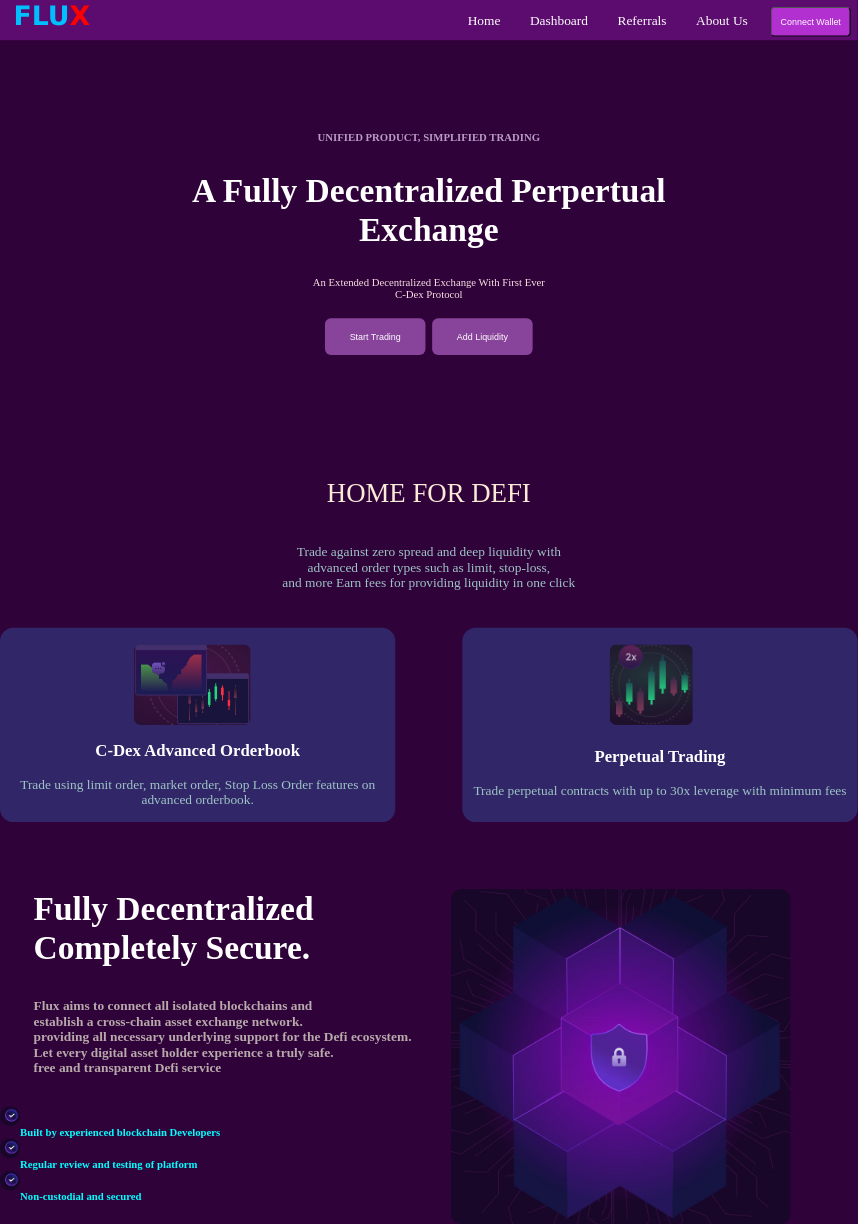
Repository: Tobby004/Flux-figma
Page: index.html
The author's editor kept a copy of each file at every save. The page is drawn from the files as they stood at one save, then again after the next save.
The browser window is 1280 px wide. The pictures show the whole page, at 67% of full size.

Above is the page before, as saved 2023-04-22 08:10:16.

After the next save:
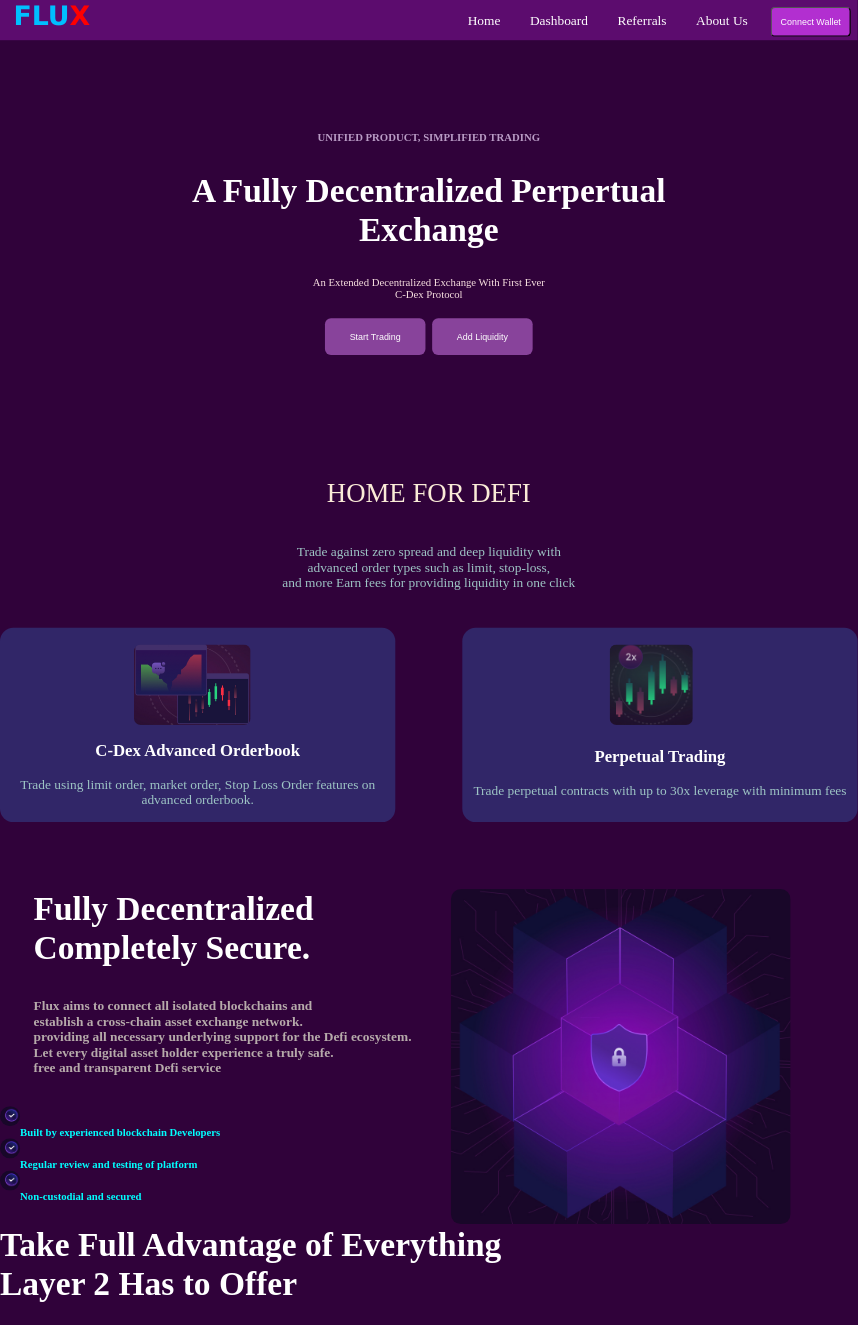
Saved 4 min 21 s later.
--- a/index.html
+++ b/index.html
@@ -57,5 +57,6 @@
        <img src="img4.jpg"><b>Regular review and testing of platform</b>
        <img src="img4.jpg"><b>Non-custodial and secured</b>
     </div>
+    <h1>Take Full Advantage of Everything <br>Layer 2 Has to Offer</h1>
 </body>
 </html>
--- a/style.css
+++ b/style.css
@@ -168,7 +168,7 @@ main h6 {
     position: relative;
     margin-left: 30px;
 }
-.valid b :hover {
-    color: darkorange;
-    transition: all 3s;
+h1 {
+    color: white;
+    font-size: 50px;
 }
